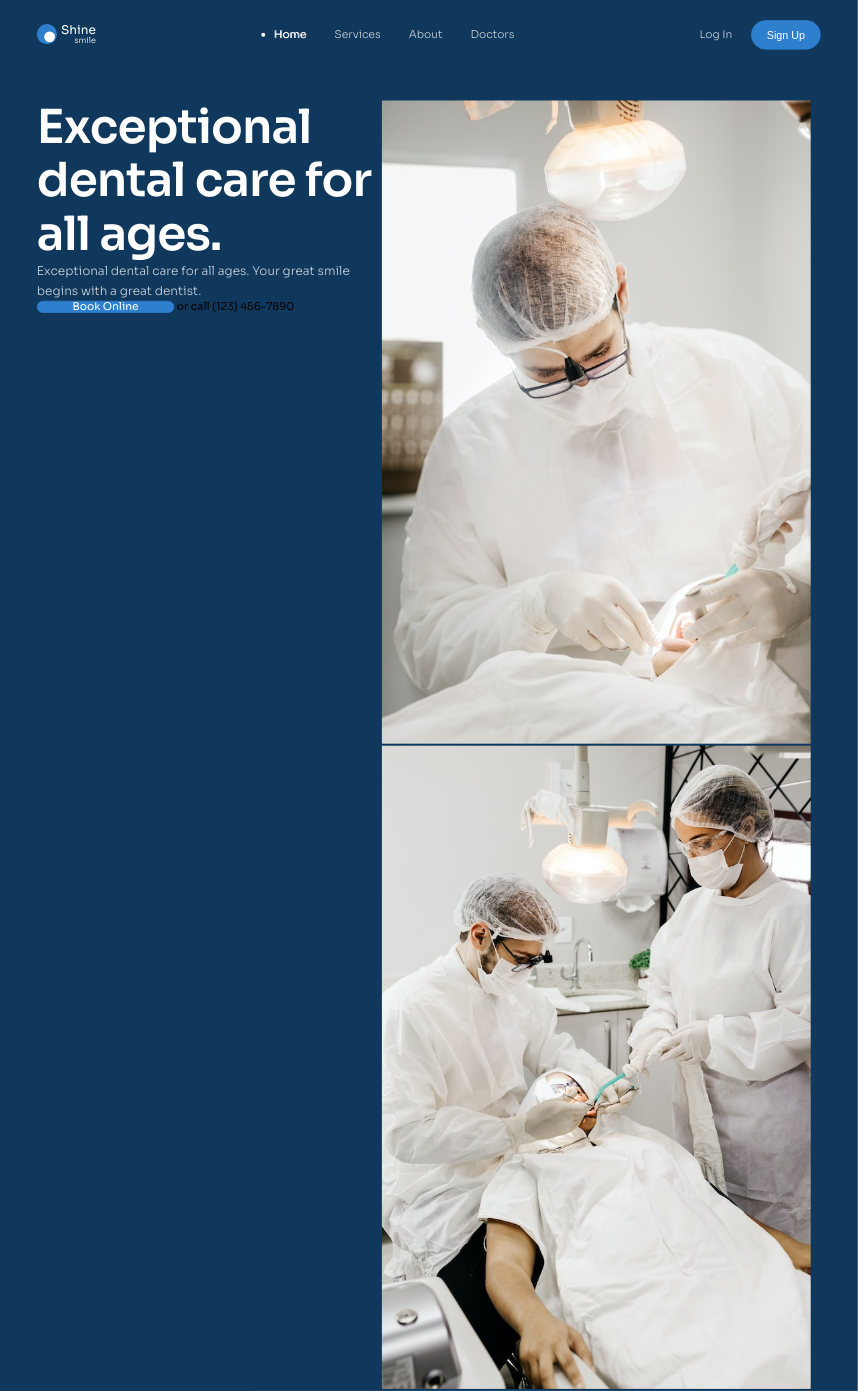
Repository: Tran-Dat/F8_Project_03
Page: index.html
An editor plug-in stored every save of this project. The page is shown before and after the next save, followed by the edit.
The browser window is 1280 px wide. The pictures show the whole page, at 67% of full size.

Above is the page before, as saved 2023-04-03 10:31:18.

### index.html
<!DOCTYPE html>
<html lang="en">
    <head>
        <meta charset="UTF-8" />
        <meta http-equiv="X-UA-Compatible" content="IE=edge" />
        <meta name="viewport" content="width=device-width, initial-scale=1.0" />
        <title>shine smile</title>

        <!-- Favicon -->
        <link rel="apple-touch-icon" sizes="57x57" href="./assets/favicon/" />
        <link
            rel="apple-touch-icon"
            sizes="60x60"
            href="./assets/favicon/apple-icon-60x60.png"
        />
        <link
            rel="apple-touch-icon"
            sizes="72x72"
            href="./assets/favicon/apple-icon-72x72.png"
        />
        <link
            rel="apple-touch-icon"
            sizes="76x76"
            href="./assets/favicon/apple-icon-76x76.png"
        />
        <link
            rel="apple-touch-icon"
            sizes="114x114"
            href="./assets/favicon/apple-icon-114x114.png"
        />
        <link
            rel="apple-touch-icon"
            sizes="120x120"
            href="./assets/favicon/apple-icon-120x120.png"
        />
        <link
            rel="apple-touch-icon"
            sizes="144x144"
            href="./assets/favicon/apple-icon-144x144.png"
        />
        <link
            rel="apple-touch-icon"
            sizes="152x152"
            href="./assets/favicon/apple-icon-152x152.png"
        />
        <link
            rel="apple-touch-icon"
            sizes="180x180"
            href="./assets/favicon/apple-icon-180x180.png"
        />
        <link
            rel="icon"
            type="image/png"
            sizes="192x192"
            href="./assets/favicon/android-icon-192x192.png"
        />
        <link
            rel="icon"
            type="image/png"
            sizes="32x32"
            href="./assets/favicon/favicon-32x32.png"
        />
        <link
            rel="icon"
            type="image/png"
            sizes="96x96"
            href="./assets/favicon/favicon-96x96.png"
        />
        <link
            rel="icon"
            type="image/png"
            sizes="16x16"
            href="./assets/favicon/favicon-16x16.png"
        />
        <link rel="manifest" href="./assets/favicon/manifest.json" />
        <meta name="msapplication-TileColor" content="#ffffff" />
        <meta
            name="msapplication-TileImage"
            content="./assets/favicon/ms-icon-144x144.png"
        />
        <meta name="theme-color" content="#ffffff" />

        <!-- Emmet Fonts -->
        <link rel="preconnect" href="https://fonts.googleapis.com" />
        <link rel="preconnect" href="https://fonts.gstatic.com" crossorigin />
        <link
            href="https://fonts.googleapis.com/css2?family=Sora:wght@300;400;500;600;700;800&display=swap"
            rel="stylesheet"
        />

        <!-- Reset Css -->
        <link rel="stylesheet" href="./assets/css/reset.css" />
        <link rel="stylesheet" href="./assets/css/style.css" />
    </head>
    <body>
        <header class="header">
            <div class="container">
                <!-- Header top -->
                <div class="header-top">
                    <!-- Logo -->
                    <a href="/">
                        <div class="logo">
                            <span class="logo__circle"> </span>
                            <span class="logo__text">
                                <span class="logo__brand">Shine</span>
                                <span class="logo__brand logo__brand--small">
                                    smile
                                </span>
                            </span>
                        </div>
                    </a>

                    <!-- NavBar -->
                    <nav class="navbar">
                        <ul class="navbar__list">
                            <li class="navbar__item">
                                <a
                                    href="#!"
                                    class="navbar__link navbar__item--active"
                                >
                                    Home
                                </a>
                            </li>
                            <li class="navbar__item">
                                <a href="#!" class="navbar__link">Services</a>
                            </li>
                            <li class="navbar__item">
                                <a href="#!" class="navbar__link">About</a>
                            </li>
                            <li class="navbar__item">
                                <a href="#!" class="navbar__link">Doctors</a>
                            </li>
                        </ul>
                    </nav>

                    <!-- Action -->
                    <div class="header-action">
                        <a href="" class="header-action__login">Log In</a>
                        <button href="" class="btn header-action__signup">
                            Sign Up
                        </button>
                    </div>
                </div>

                <!-- Hero -->
                <section class="hero">
                    <!-- Hero content -->
                    <section class="hero__content">
                        <h1 class="hero__heading">
                            Exceptional dental care for all ages.
                        </h1>
                        <p class="hero__desc">
                            Exceptional dental care for all ages. Your great
                            smile begins with a great dentist.
                        </p>
                        <div class="hero__row">
                            <a href="" class="btn">Book Online</a>
                            <span class="hero__phone"
                                >or call (123) 456-7890</span
                            >
                        </div>
                    </section>

                    <!-- Hero media -->
                    <div class="hero__media">
                        <figure class="hero__images">
                            <img
                                src="./assets/img/hero-01.jpg"
                                alt=""
                                class="hero__img"
                            />
                            <img
                                src="./assets/img/hero-02.jpg"
                                alt=""
                                class="hero__img"
                            />
                        </figure>
                    </div>
                </section>
            </div>
        </header>
    </body>
</html>

### assets/css/style.css
* {
    box-sizing: border-box;
}

:root {
    --header-bg: #10375c;
}

html {
    font-size: 62.5%;
}

body {
    font-size: 1.6rem;
    font-family: "Sora", sans-serif;
}

/* ================================================================ Common ================================================================ */

.btn {
    --heigh: 60px;

    display: inline-block;
    min-width: 205px;
    height: var(--height);
    padding: 0 20px;
    border-radius: 99px;
    border: 1px solid #2e80ce;
    font-size: 1.6rem;
    font-weight: 400;
    text-align: center;
    line-height: var(--height);
    color: #fff;
    background: #2e80ce;
}

.btn:hover {
    opacity: 0.9;
    cursor: pointer;
}

a {
    text-decoration: none;
}

.container {
    width: 1170px;
    max-width: calc(100% - 48px);
    margin: 0 auto;
}

/* ================================================================ Header ================================================================ */

.header {
    min-height: 100vh;
    background: var(--header-bg);
    padding-top: 30px;
}

.header-top {
    display: flex;
    justify-content: space-between;
    align-items: center;
}

.logo {
    display: inline-flex;
    position: relative;
    font-size: 1rem;
}

.logo__circle::before,
.logo__circle::after {
    content: "";
    display: inline-block;
    border-radius: 50%;
}

.logo__circle::before {
    width: 3em;
    height: 3em;
    background: #2e80ce;
}

.logo__circle::after {
    position: absolute;
    top: 1.1em;
    left: 1.1em;
    width: 1.6em;
    height: 1.6em;
    background: #fff;
}

.logo__text {
    margin-left: 0.6em;
    text-align: right;
    line-height: 1.6em;
}

.logo__brand {
    display: block;
    font-size: 1.8em;
    font-weight: 400;
    color: #fff;
}

.logo__brand--small {
    font-size: 1.2em;
    font-weight: 300;
}

.navbar__list {
    display: flex;
}

.header-action__login,
.navbar__link {
    padding: 4px 21px;
    font-weight: 300;
    font-size: 1.6rem;
    line-height: 1.75;
    color: #c9d2da;
}

.navbar__link:hover,
.navbar__item--active {
    text-shadow: 1px 0 0 currentColor;
    color: #fff;
}

.navbar__item--active::before {
    position: relative;
    left: -8px;
    top: -2px;
    content: "";
    display: inline-block;
    width: 6px;
    height: 6px;
    border-radius: 50%;
    background-color: #fff;
}

.header-action {
    display: flex;
    align-items: center;
}

.header-action__login {
    margin-right: 7px;
}

.header-action__signup {
    --height: 44px;
    height: var(--height);
    min-width: 104px;
}

/* ========================================== Hero =========================================== */

.hero {
    margin-top: 76px;
    display: flex;
}

.hero__content {
    flex-shrink: 0;
    width: 44%;
}

.hero__heading {
    font-weight: 600;
    font-size: 7rem;
    line-height: 1.14;
    letter-spacing: -0.02em;
    color: #ffffff;
}

.hero__desc {
    font-weight: 300;
    font-size: 18px;
    line-height: 30px;
    /* or 167% */

    color: #c9d2da;
}

.hero__media {
    flex-grow: 1;
}

Loaded but not shown: assets/css/reset.css (common file)

After the next save:
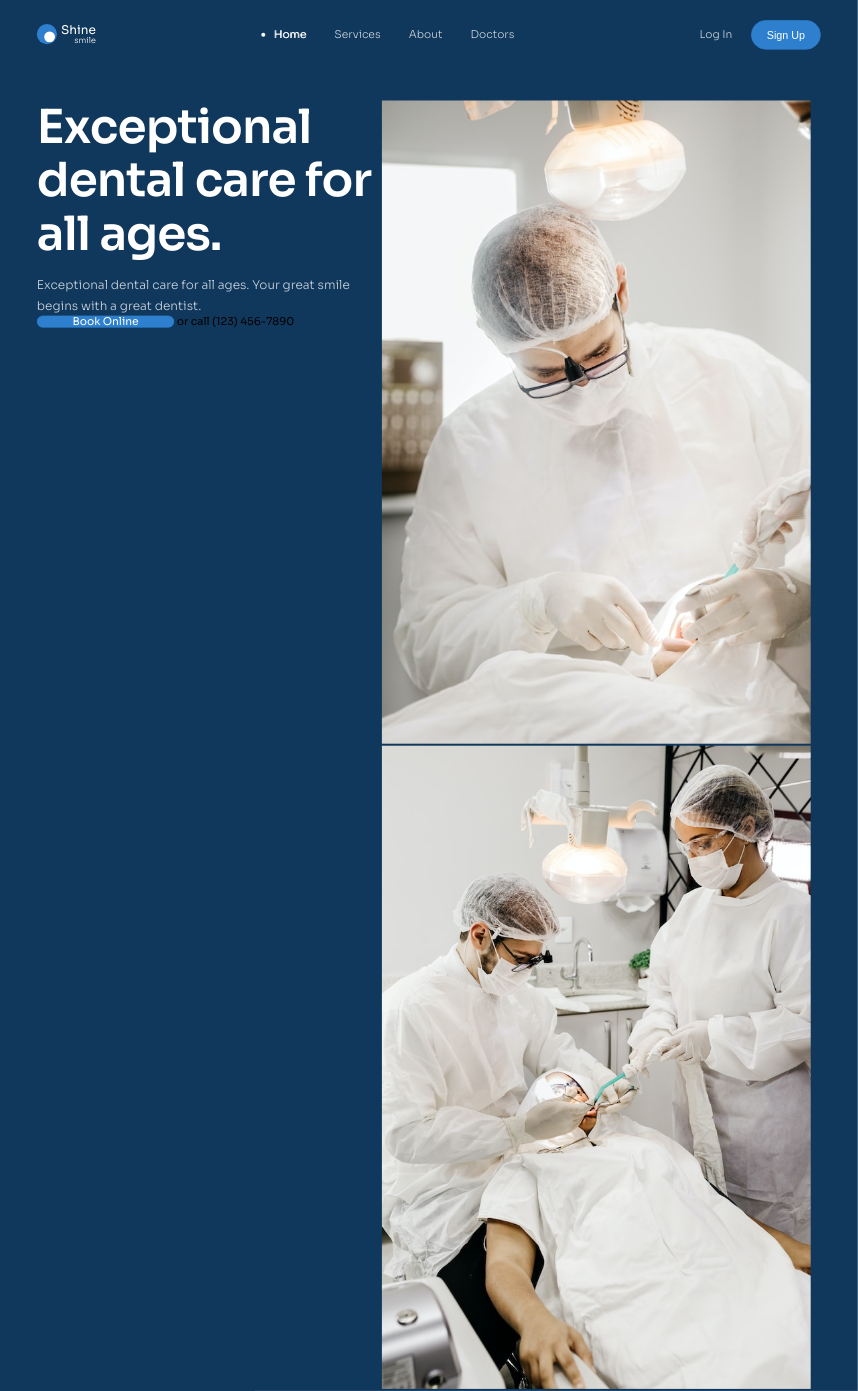
Saved 75 s later.
--- a/assets/css/style.css
+++ b/assets/css/style.css
@@ -176,11 +176,10 @@
 }
 
 .hero__desc {
+    margin-top: 22px;
     font-weight: 300;
-    font-size: 18px;
-    line-height: 30px;
-    /* or 167% */
-
+    font-size: 1.8rem;
+    line-height: 1.67;
     color: #c9d2da;
 }
 
